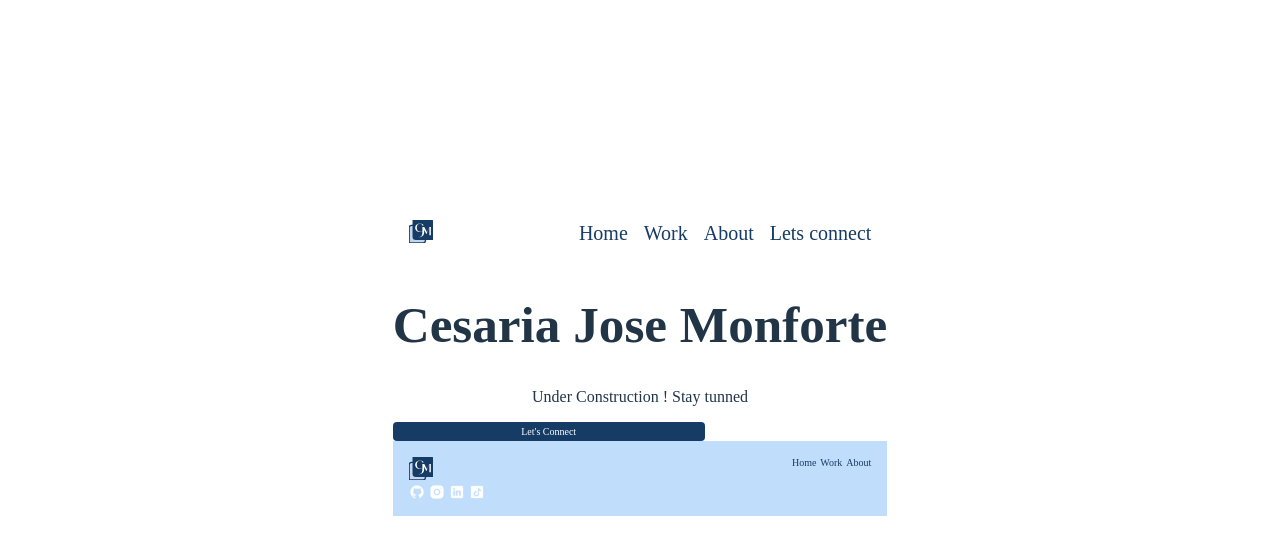
Repository: CesariaMonforte/cesariamonforte
Page: /
The author's editor kept a copy of each file at every save. The page is drawn from the files as they stood at one save, then again after the next save.
The browser window is 1280 px wide. The pictures show the whole page.
The project was rebuilt for these pictures with package versions that can differ from the ones it lists, and the page was loaded fresh each time. Also part of the build but not shown: vite.config.js.

Above is the page before, as saved 2026-01-25 13:25:04.

After the next save:
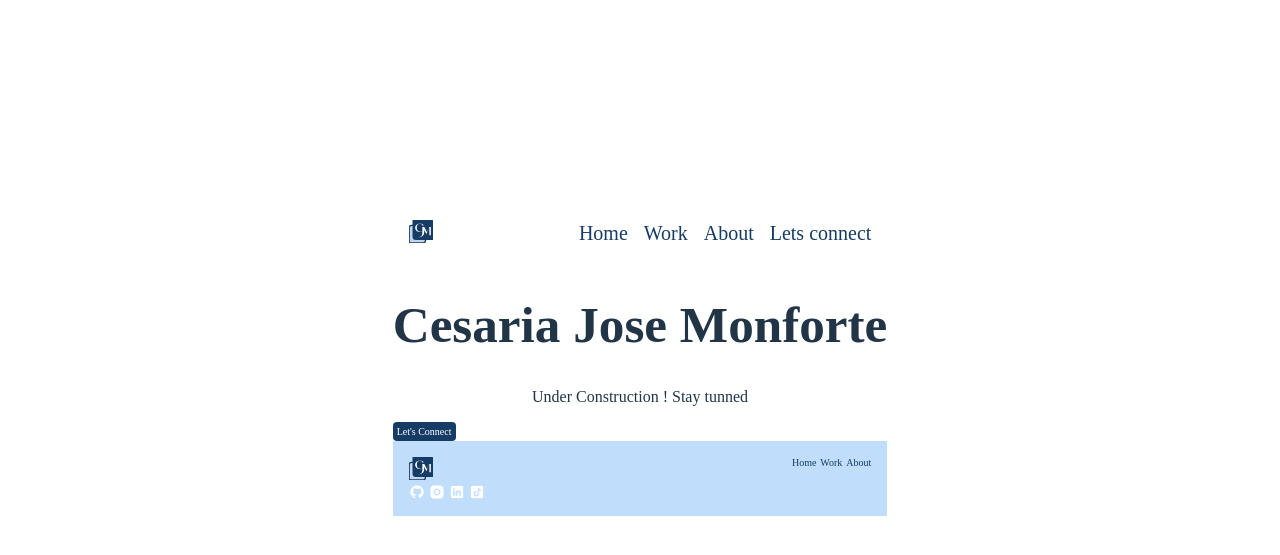
Saved 23 s later.
--- a/src/_ui/RegButton/RegButton.module.css
+++ b/src/_ui/RegButton/RegButton.module.css
@@ -4,6 +4,6 @@
     color: var(--white);
     font-size: var(--font-size-extra-small);
     padding: var(--space-extra-small);
-    width: 304px;
+    width: fit-content;
     height: auto;
 }
